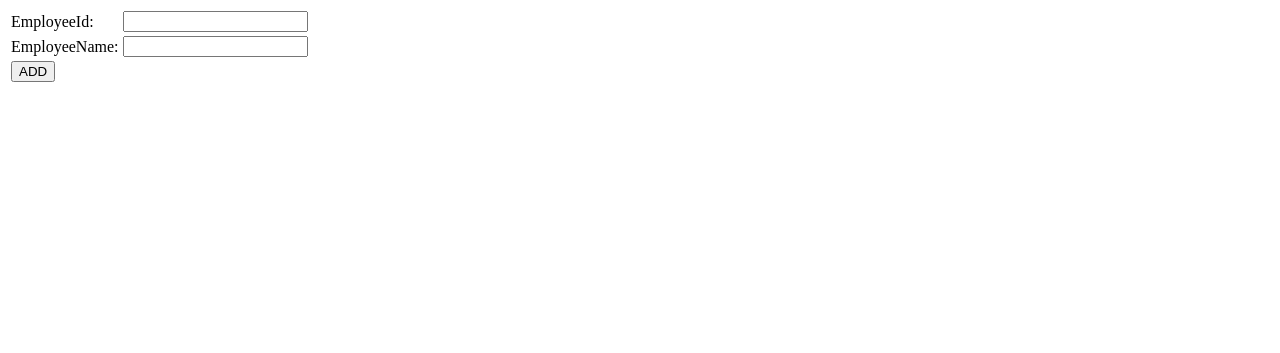
Repository: Karthi-Mano/AdvanceJavaPrograms
Page: http://localhost/CEBProject/skillsetrequest.jsp
An editor plug-in stored every save of this project. The page is shown before and after the next save, followed by the edit.
The browser window is 1280 px wide. The pictures show the whole page.
The page is served by Tomcat 9.

Above is the page before, as saved 2018-05-10 22:08:37.

After the next save:
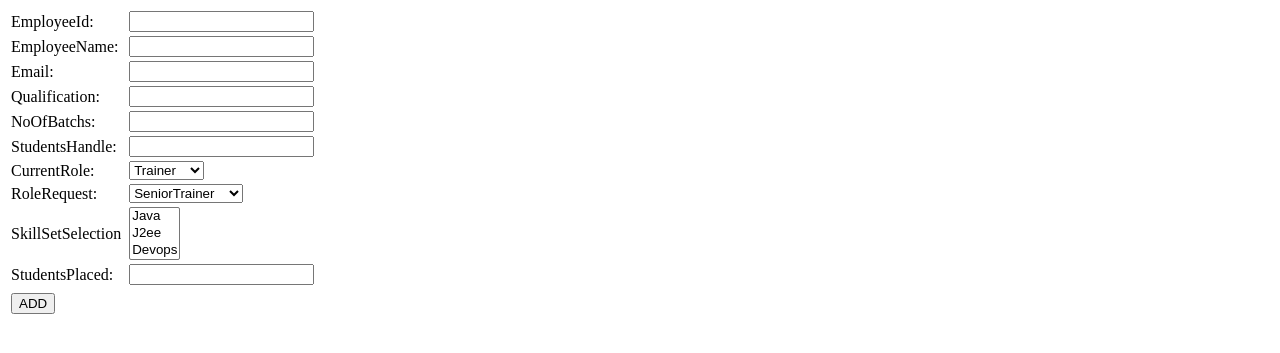
Saved 31 s later.
--- a/CEBProject/WebContent/skillsetrequest.jsp
+++ b/CEBProject/WebContent/skillsetrequest.jsp
@@ -18,7 +18,7 @@ String s=session.getAttribute("empid").toString();
 <table>
 <tr><td>EmployeeId:</td><td><input type="text" name="empid" value=""/></td></tr>
 <tr><td>EmployeeName:</td><td><input type="text" name="empname"/></td></tr>
-<!-- <tr><td>Email:</td><td><input type="text" name="email"/></td></tr>
+ <tr><td>Email:</td><td><input type="text" name="email"/></td></tr>
 <tr><td>Qualification:</td><td><input type="text" name="quali"/></td></tr>
 <tr><td>NoOfBatchs:</td><td><input type="text" name="nobatch"/></td></tr>
 <tr><td>StudentsHandle:</td><td><input type="text" name="stuh"/></td></tr>
@@ -43,7 +43,7 @@ String s=session.getAttribute("empid").toString();
         </tr>
 <tr><td>StudentsPlaced:</td><td><input type="text" name="stup"/></td></tr>
 <tr><td></td><td><input type="hidden" name="stus" value="waiting"/></td></tr>
- -->
+
 <tr><td><input type="submit" value="ADD"/></td></tr>
 </table>
 </form>
